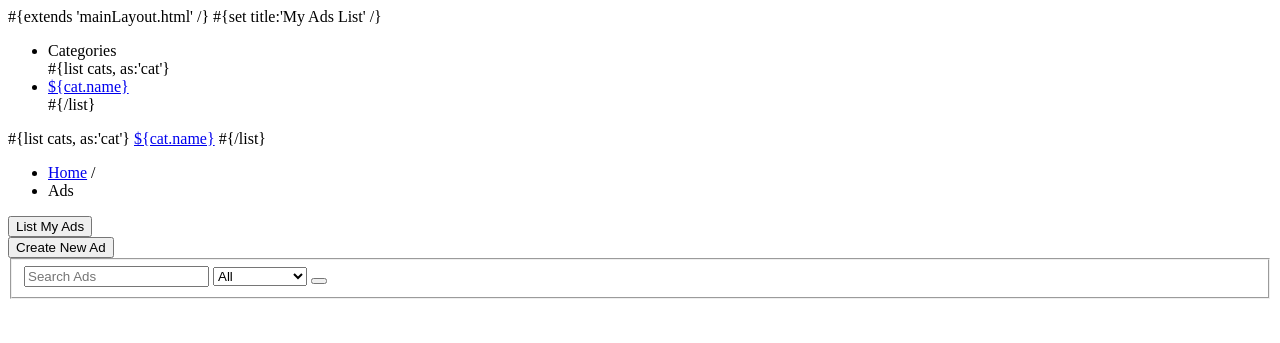
Repository: Maalejm/SEBA
Page: SlifeWebSite/app/views/Ads/index.html
The author's editor kept a copy of each file at every save. The page is drawn from the files as they stood at one save, then again after the next save.
The browser window is 1280 px wide. The pictures show the whole page.

Above is the page before, as saved 2013-06-17 11:21:48.
Console error: SyntaxError: Invalid or unexpected token

After the next save:
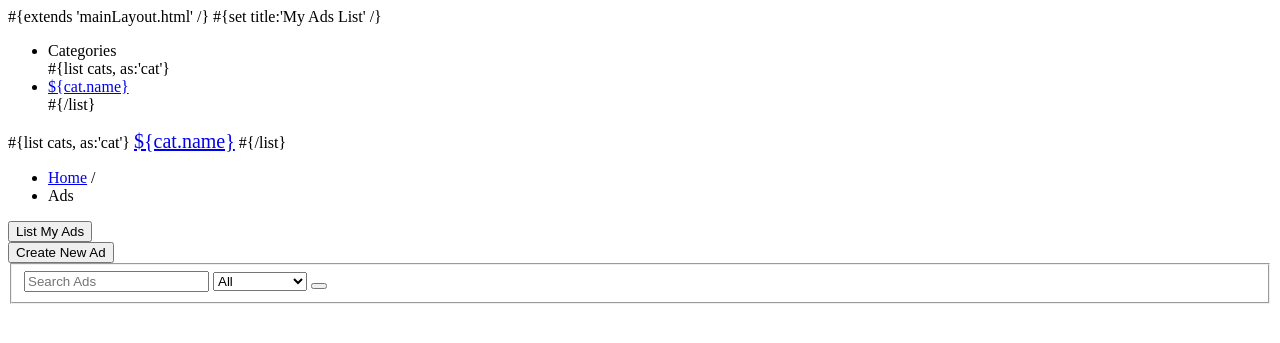
Saved 87 s later.
--- a/SlifeWebSite/app/views/Ads/index.html
+++ b/SlifeWebSite/app/views/Ads/index.html
@@ -25,7 +25,8 @@
                     <div>
 
                       #{list cats, as:'cat'}
-                         <span><a class="catNav" href="${cat.id}">${cat.name}</a></span>
+
+                         <span style="font-size:20px"><a class="catNav" href="${cat.id}">${cat.name}</a></span>
                      #{/list}
 
 

After the save that followed:
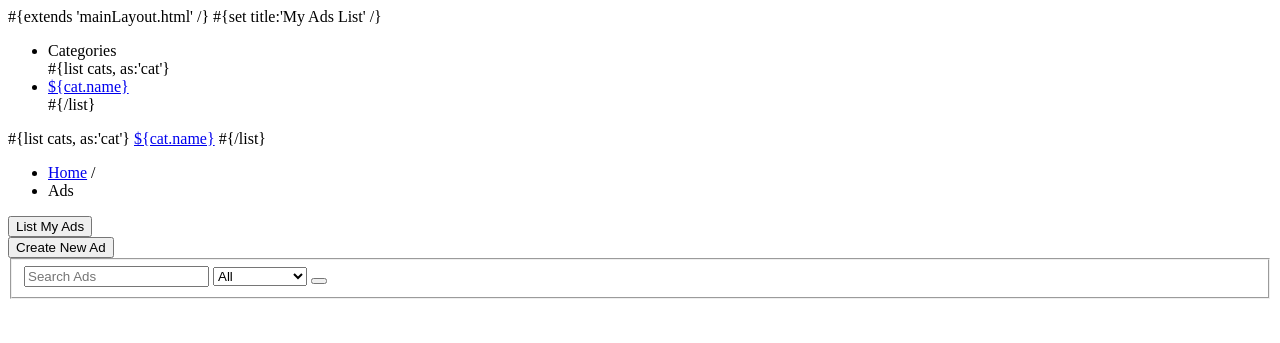
Saved 58 s later.
--- a/SlifeWebSite/app/views/Ads/index.html
+++ b/SlifeWebSite/app/views/Ads/index.html
@@ -26,7 +26,7 @@
 
                       #{list cats, as:'cat'}
 
-                         <span style="font-size:20px"><a class="catNav" href="${cat.id}">${cat.name}</a></span>
+                         <span style="font-size:${Ads.getFont(cat)}px"><a class="catNav" href="${cat.id}">${cat.name}</a></span>
                      #{/list}
 
 
